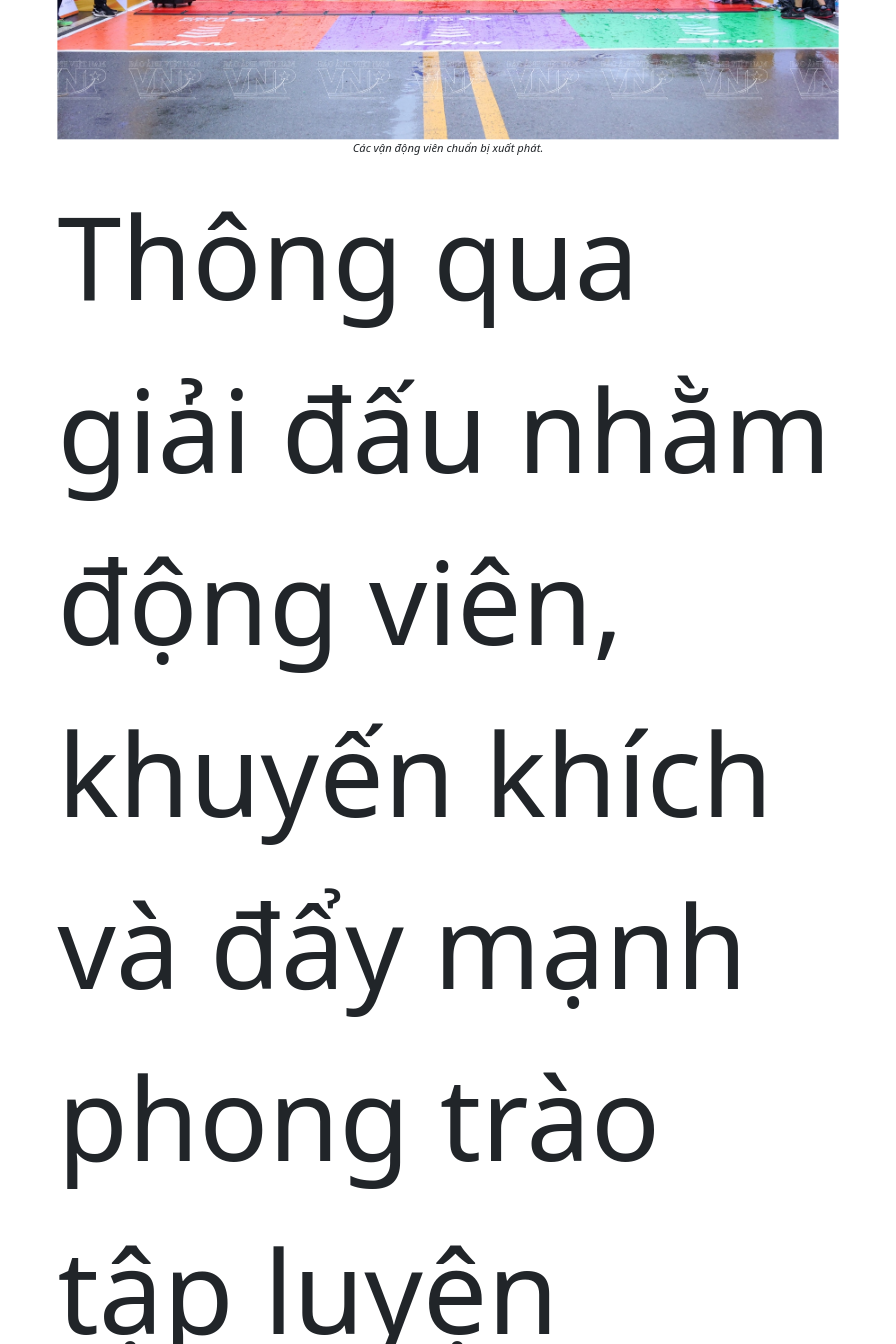
Repository: kietdotshp/webtintuc
Page: Detail.html
These files come from the project's save history. The page is drawn as it stood at one moment and after a run of saves; the edit follows.
The browser window is 1280 px wide. The pictures show the part of the page from y = 1070 to 2990 px (the page is 11665 px tall before and 1819 px after), at 70% of full size.
Some web libraries are served in a nearby version.

Above is the page before, as saved 2023-08-10 16:22:58.

After the next 2 saves:
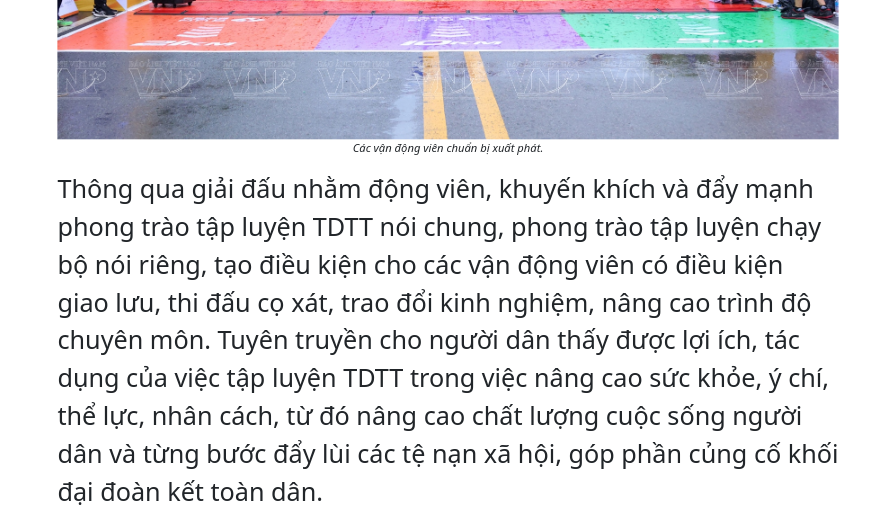
The 2 saves are shown as one change because they came seconds apart.
The last was saved 11 s later.
--- a/assets/css/detail.css
+++ b/assets/css/detail.css
@@ -239,7 +239,7 @@
     font-style:italic;
   }
   .content1{
-    font-size: 10.25rem;
+    font-size: 2.25rem;
     line-height: 1.5;
     margin: 20px auto;
   }
